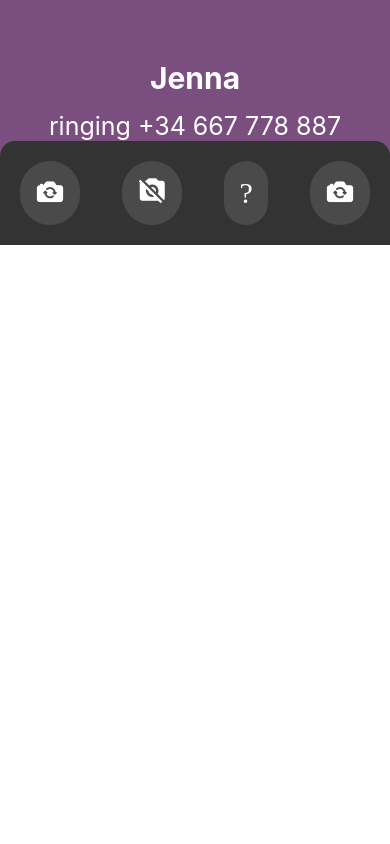
Repository: JennaFi/VideoCallApp
Screen: /
The author's editor kept a copy of each file at every save. The screen is drawn from the files as they stood at one save, then again after the next save.
The app was drawn by React Native's web renderer in a window 390 px wide. The project was rebuilt for these pictures with package versions that can differ from the ones it lists, and the page was loaded fresh each time.

Above is the screen before, as saved 2022-01-12 00:20:25.

After the next save:
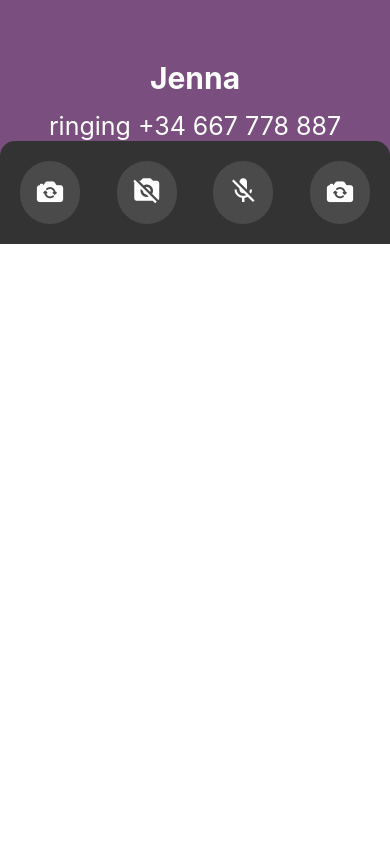
Saved 10 s later.
--- a/src/screens/CallingScreen/index.js
+++ b/src/screens/CallingScreen/index.js
@@ -20,7 +20,7 @@ const CallingScreen = () => {
         </View>
 
         <View style={styles.iconButton}>
-          <MaterialIcons name='microfone-off' size={30} color={'white'} />
+          <MaterialIcons name='microphone-off' size={30} color={'white'} />
         </View>
 
         <View style={styles.iconButton}>
